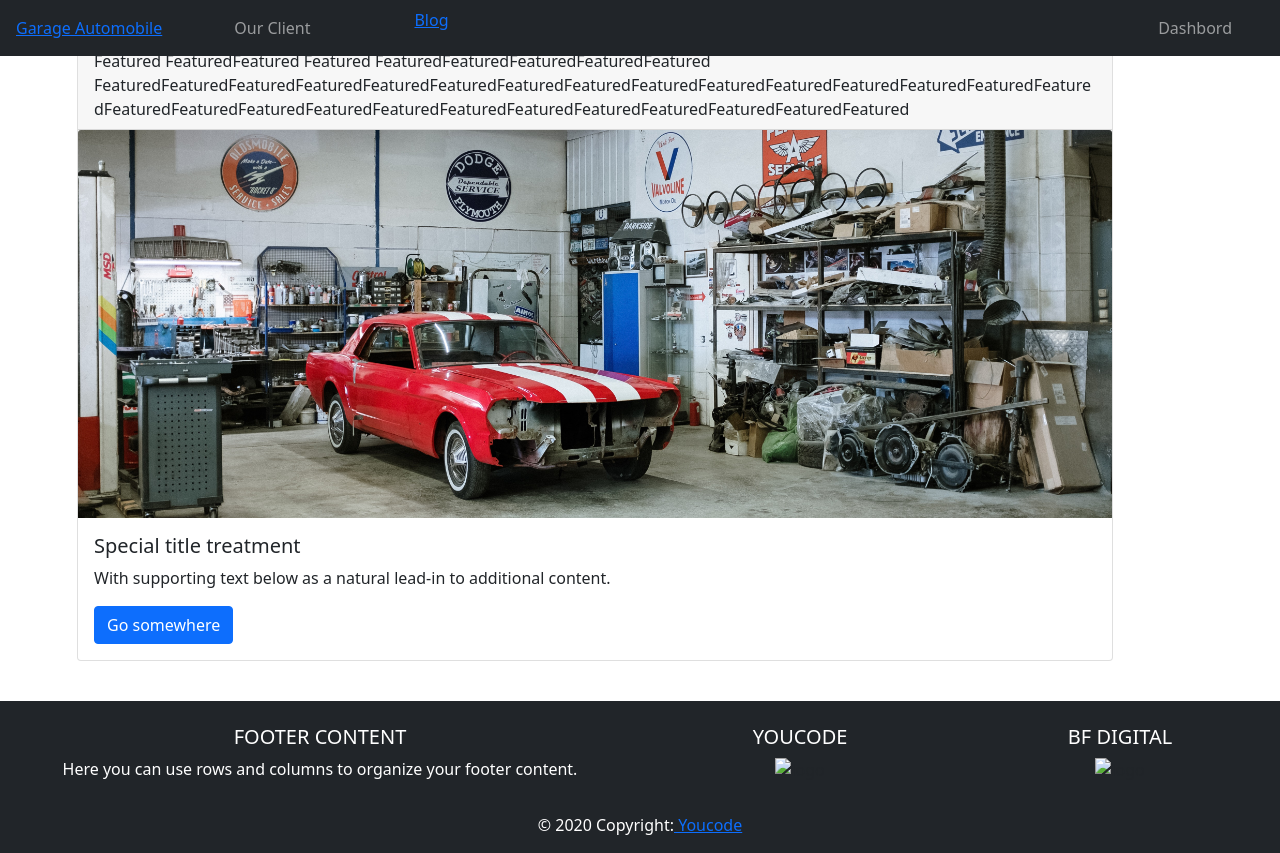
Repository: abdelhak-f/Fil-Rouge
Page: /Blog (app in client/)
An editor plug-in stored every save of this project. The page is shown before and after a run of saves, followed by the edit.
The browser window is 1280 px wide. The pictures show the whole page.
The project was rebuilt for these pictures with package versions that can differ from the ones it lists, and the page was loaded fresh each time. Also part of the build but not shown: client/src/components/Text.jsx, client/src/components/forms/FirstFrontForm.jsx, client/src/components/Body.jsx.

Above is the page before, as saved 2021-09-07 16:07:52.

After the next 2 saves:
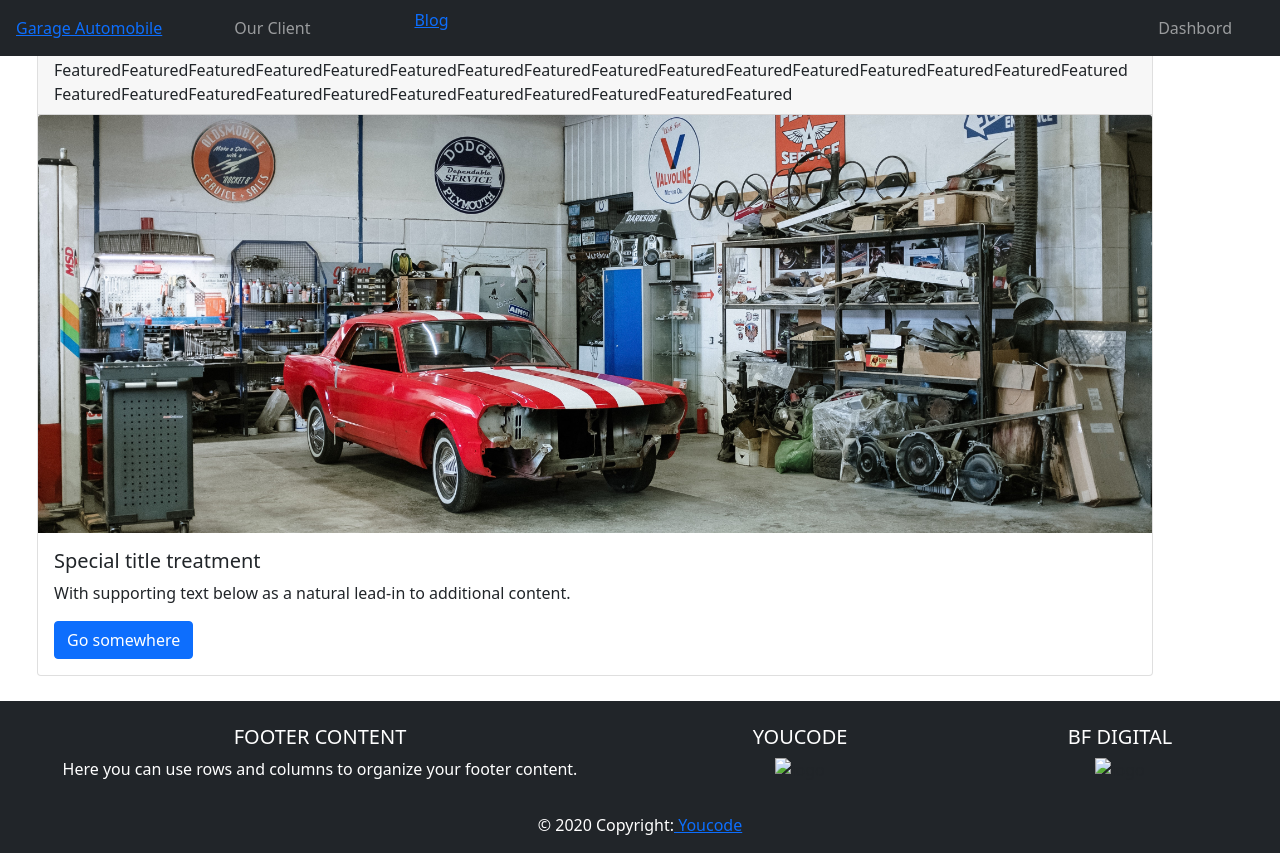
The 2 saves are shown as one change because 1 did not build or start.
The last was saved 2 min 51 s later.
--- a/client/src/components/Blog.jsx
+++ b/client/src/components/Blog.jsx
@@ -5,8 +5,8 @@ import image from '../images/image.jpg';
 function Blog() {
   return (
 
-     <Container ClasseName="" style={{ width: "125%" ,  margin: "25px" }} >
-         <Card style={{margin: "40px" }}>
+     <Container classeName="mt-5" style={{ width: "125%" ,  margin: "25px" }} >
+         <Card >
            <Card.Header  >Featured FeaturedFeatured Featured FeaturedFeaturedFeaturedFeaturedFeatured FeaturedFeaturedFeaturedFeaturedFeaturedFeaturedFeaturedFeaturedFeaturedFeaturedFeaturedFeaturedFeaturedFeaturedFeaturedFeaturedFeaturedFeaturedFeaturedFeaturedFeaturedFeaturedFeaturedFeaturedFeaturedFeaturedFeatured</Card.Header>
             <Card.Img variant="top" src={image} />
             <Card.Body>
